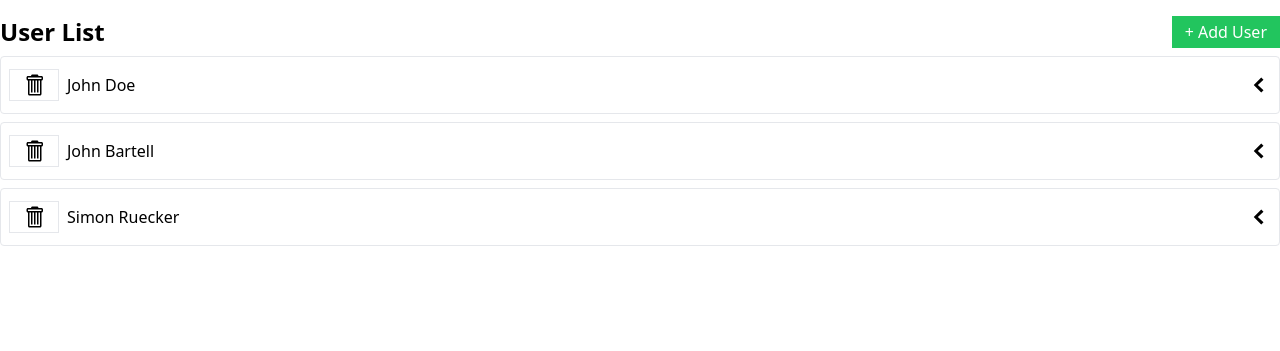
Repository: Marhamat92/users-app-redux-thunk-and-query
Page: /
These files come from the project's save history. The page is drawn as it stood at one moment and after the next save; the edit follows.
The browser window is 1280 px wide. The pictures show the whole page.
The project was rebuilt for these pictures with package versions that can differ from the ones it lists, and the page was loaded fresh each time. Requests to the local data server were answered from the project's data file. Also part of the build but not shown: src/components/AlbumsList.js.

Above is the page before, as saved 2023-02-02 14:13:25.

### src/index.js
import React from 'react';
import ReactDOM from 'react-dom/client';
import './index.css';
import App from './App';
import { Provider } from 'react-redux';
import { store } from './store';

const root = ReactDOM.createRoot(document.getElementById('root'));
root.render(
  <Provider store={store}>
    <App />
  </Provider>
);

### src/App.js
import UsersList from "./components/UsersList";


function App() {
  return (
    <div className="container mx-auto">
      <UsersList />
    </div>
  );
}

export default App;

### src/store/index.js
import { configureStore } from '@reduxjs/toolkit';
import { usersReducer } from './slices/usersSlice';
import {albumsApi} from './apis/albumsApi'; //we import the api that we created in the albumsApi.js
import {setupListeners} from '@reduxjs/toolkit/query'; //this is the function that we use //!to listen to the api

export const store = configureStore({
  reducer: {
    users: usersReducer,
    [albumsApi.reducerPath]:albumsApi.reducer //we add the reducer of the api to the store. there is another way: //!albums:albumsApi.reducer
  },
  middleware: (getDefaultMiddleware) => getDefaultMiddleware().concat(albumsApi.middleware) //we add the middleware of the api to the store
  //Middleware helps you with logging, error reporting, making asynchronous requests, and a whole lot more.
 });

setupListeners(store.dispatch); //we use this function to //!listen to the api

export * from './thunks/fetchUsers'; //  We are importing this here and exporting it from here so we can use it in App.js
export * from './thunks/addUser'; //  We are importing this here and exporting it from here so we can use it in App.js
export * from './thunks/removeUser'; //  We are importing this here and exporting it from here so we can use it in App.js
export {useFetchAlbumsQuery} from './apis/albumsApi'; //we export the hook of the api to use it in the component

### src/components/UsersList.js
import React, { useEffect, useState } from 'react'
import { fetchUsers, addUser } from '../store'
import { useDispatch, useSelector } from 'react-redux'
import Skeleton from './Skeleton'
import Button from './Button'
import { useThunk } from '../hooks/use-thunk'
import UsersListItem from './UsersListItem'



function UsersList() {
  const dispatch = useDispatch()
  const { data } = useSelector((state) => {
    return state.users;
  });
  // const [isLoadingUsers, setIsLoadingUsers] = useState(false)  //!we removed these two lines because we are using hook useThunk
  // const [loadingUsersError, setLoadingUsersError] = useState(null)
  const [doFetchUsers, isLoadingUsers, loadingUsersError] = useThunk(fetchUsers) //!we are using useThunk hook to get the data from the server
  //! we deleted isLoading and error from destructring because we will use useState instead of isLoading and error which are isLoadingUsers and loadingUsersError
  // const [isAddingUser, setIsAddingUser] = useState(false)
  // const [addingUserError, setAddingUserError] = useState(null)
  const [doAddUser, isAddingUser, addingUserError] = useThunk(addUser) //!we are using useThunk hook to add the data to the server


  useEffect(() => {

    doFetchUsers(); //!we are using doFetchUsers instead of dispatch(fetchUsers()) because we are using useThunk hook
    //when we console log dispatch we see unwrap, so we ca use t to create a promise and then we can use then and catch to show the loading or error accordingly
  }, [doFetchUsers])

  const handleAddUser = () => {
    doAddUser()
  }

  let content;
  if (isLoadingUsers) {
    content = <Skeleton className="h-10 w-full" times={10} />
  } else if (loadingUsersError) {
    content = <div>Error while fetching data..</div>
  } else {
    content = data.map((user) => {
      return (
        <UsersListItem key={user.id} user={user} />
      )
    })
  }


  return (

    <div>
      <div className='flex flex-row justify-between items-center mt-4' >
        <h1 className='text-2xl font-bold' >User List</h1>
        <Button loading={isAddingUser} onClick={handleAddUser} success>
          + Add User
        </Button>
        {addingUserError && <div>Error while adding user</div>}
      </div>
      {content}
    </div>
  )
}

export default UsersList

### src/store/slices/usersSlice.js
import { createSlice } from '@reduxjs/toolkit';
import { fetchUsers } from '../thunks/fetchUsers';
import { addUser } from '../thunks/addUser';
import { removeUser } from '../thunks/removeUser';

const usersSlice = createSlice({
  name: "users",
  initialState: {
    data: [],
    // isLoading: false,
    // error: null,

  },
  reducers: {},// we don't need reducers here because we are not creating a slice, we are creating a slice for fetching users in src/store/thunks/fetchUsers.//js
  extraReducers(builder) {
    builder.addCase(fetchUsers.pending, (state, action) => { state.isLoading = true });
    builder.addCase(fetchUsers.fulfilled, (state, action) => { state.isLoading = false; state.data = action.payload; });
    builder.addCase(fetchUsers.rejected, (state, action) => { state.isLoading = false; state.error = action.payload; });
    builder.addCase(addUser.pending, (state, action) => { state.isLoading = true; })
    builder.addCase(addUser.fulfilled, (state, action) => { state.isLoading = false; state.data.push(action.payload) });
    builder.addCase(addUser.rejected, (state, action) => { state.isLoading = false; state.error = action.error });
    builder.addCase(removeUser.pending, (state, action) => { state.isLoading = true })
    builder.addCase(removeUser.fulfilled, (state, action) => { state.isLoading = false; state.data = state.data.filter(user => user.id !== action.payload.id) })
    builder.addCase(removeUser.rejected, (state, action) => { state.isLoading = false; state.error = action.error })
  }

});


//pending means that we are waiting for the response from the server
//fulfilled means that we got the response from the server
//rejected means that we got an error from the server

export const usersReducer = usersSlice.reducer;

### src/store/apis/albumsApi.js
 import { createApi,fetchBaseQuery} from '@reduxjs/toolkit/query/react'

 const albumsApi = createApi({
    reducerPath: 'albums',  //this is the name of the reducer that we will use in the store
    baseQuery: fetchBaseQuery({   //normally we cant use axios because of redux query has fetch function and its configuration is with fetchBaseQuery
      baseUrl: "http://localhost:3004"
    }),
    endpoints(builder){
      return {
        fetchAlbums:builder.query({
          query:(user)=>{
            return {
              url:'/albums',  //this is the url of the api that we add to base url
              params:{      //this is the query parameter that we add to the url ex: http://localhost:3004/albums?userId=1
                userId:user.id //we can add more than one parameter
              },
              method:'GET' //this is the method of the api
              //we don't add body because we don't need to send data to the api
            }
          }
        })
      }

    }

 });

 export const {useFetchAlbumsQuery} = albumsApi; //this is the hook that we use in the component and we take this name from the name of the endpoint,it can be any name we want , for example we name it getAlbums and below we will use useGetAlbumsQuery
 export {albumsApi} //we export the api to use it in the store

### src/store/thunks/fetchUsers.js
import { createAsyncThunk } from "@reduxjs/toolkit";  // we use createAsyncThunk instead of createSlice here because we are not creating a slice, we are creating a thunk for fetching users
import axios from "axios";

const fetchUsers = createAsyncThunk('users/fetch', async () => {
  const response = await axios.get('http://localhost:3004/users')

  //!lets add short pause for development test to see if loading works or not (we will remove it later)
  await pause(1000) //! we are using await here because we want to wait for the pause to finish before we return the response.data
  return response.data;
})


//!lets add short pause for development test to see if loading works or not (we will remove it later)
const pause = (duration) => {
  return new Promise((resolve) => {
    setTimeout(
      resolve, duration)
  })
}


// when we create async thunk, fetchUsers.pending, fetchUsers.fulfilled, fetchUsers.rejected are automatically created and we can use them inside extraReducers in src/store/slices/usersSlice.js
//so fetchUsers.pending === 'users/fetch/pending', fetchUsers.fulfilled === 'users/fetch/fulfilled', fetchUsers.rejected === 'users/fetch/rejected'

//pending means that we are waiting for the response from the server
//fulfilled means that we got the response from the server
//rejected means that we got an error from the server

export { fetchUsers };

### src/store/thunks/addUser.js
import { createAsyncThunk } from '@reduxjs/toolkit';
import axios from 'axios';
import { faker } from '@faker-js/faker';

const addUser = createAsyncThunk('users/add', async () => {
  const response = await axios.post('http://localhost:3004/users', {
    name: faker.name.fullName(),
  });

  return response.data;
});

export { addUser };

### src/store/thunks/removeUser.js
import { createAsyncThunk } from '@reduxjs/toolkit';
import axios from 'axios';

const removeUser = createAsyncThunk(
  'users/remove', async (user) => {
    axios.delete(`http://localhost:3004/users/${user.id}`);
    return user;
  });

export { removeUser }

### src/components/Skeleton.js
import React from 'react'
import classNames from 'classnames'

function Skeleton({ times, className }) {

  const outerClassNames = classNames(
    'relative',
    'overflow-hidden',
    'bg-gray-200',
    'rounded',
    'mb-2.5',
    'mt-2.5',
    className
  );
  const innerClassNames = classNames(
    'animate-shimmer',
    'absolute',
    'inset-0',
    '-translate-x-full',
    'bg-gradient-to-r',
    'from-gray-200',
    'via-white',
    'to-gray-200',


  );

  const boxes = Array(times).fill(0).map((_, i) => {
    return (<div key={i} className={outerClassNames}>
      <div className={innerClassNames} />
    </div>)
  });



  return boxes
}

export default Skeleton

### src/components/Button.js
import className from 'classnames';
import { GoSync } from 'react-icons/go'

function Button({
  children,
  primary,
  secondary,
  success,
  warning,
  danger,
  outline,
  rounded,
  loading,
  ...rest
}) {
  const classes = className(
    rest.className,
    'flex items-center px-3 py-1.5 border h-8',
    {
      'opacity-80': loading,
      'border-blue-500 bg-blue-500 text-white': primary,
      'border-gray-900 bg-gray-900 text-white': secondary,
      'border-green-500 bg-green-500 text-white': success,
      'border-yellow-400 bg-yellow-400 text-white': warning,
      'border-red-500 bg-red-500 text-white': danger,
      'rounded-full': rounded,
      'bg-white': outline,
      'text-blue-500': outline && primary,
      'text-gray-900': outline && secondary,
      'text-green-500': outline && success,
      'text-yellow-400': outline && warning,
      'text-red-500': outline && danger,
    }
  );

  return (
    <button disabled={loading} {...rest} className={classes}>
      {loading ? <GoSync className="animate-spin" /> : children}
    </button>
  );
}

Button.propTypes = {
  checkVariationValue: ({ primary, secondary, success, warning, danger }) => {
    const count =
      Number(!!primary) +
      Number(!!secondary) +
      Number(!!warning) +
      Number(!!success) +
      Number(!!danger);

    if (count > 1) {
      return new Error(
        'Only one of primary, secondary, success, warning, danger can be true'
      );
    }
  },
};

export default Button;

### src/hooks/use-thunk.js
import { useState, useCallback } from 'react'
import { useDispatch } from 'react-redux'

export function useThunk(thunk) {
  const [isLoading, setIsLoading] = useState(false);
  const [error, setError] = useState(null);
  const dispatch = useDispatch();

  const runThunk = useCallback(
    (arg) => {
      setIsLoading(true);
      dispatch(thunk(arg))
        .unwrap()
        .catch((err) => setError(err))
        .finally(() => setIsLoading(false));
    },
    [dispatch, thunk]
  );

  return [runThunk, isLoading, error];
}

### src/components/UsersListItem.js
import React from 'react'
import { GoTrashcan } from 'react-icons/go';
import { removeUser } from '../store';
import Button from './Button';
import { useThunk } from '../hooks/use-thunk';
import ExpandablePanel from './ExpandablePanel';
import AlbumsList from './AlbumsList';


function UsersListItem({ user }) {
  const [doRemoveUser, isLoading, error] = useThunk(removeUser)

  const handleRemoveUser = () => {
    doRemoveUser(user)
  }

  const header = <>
    <Button onClick={handleRemoveUser} loading={isLoading} >
      <GoTrashcan className='text-2xl hover:text-red-500 cursor-pointer ' />
    </Button>
    <div className='flex p-2 justify-between items-center cursor-pointer' >{user.name}</div>
  </>

  return (<ExpandablePanel header={header} >
    <AlbumsList user={user} />
  </ExpandablePanel>
  )
}

export default UsersListItem

### src/components/ExpandablePanel.js
import React, { useState } from 'react'
import { GoChevronDown, GoChevronLeft } from 'react-icons/go'

function ExpandablePanel({ header, children }) {
  const [expanded, setExpanded] = useState(false)


  const toggleExpanded = () => {
    setExpanded(!expanded)
  }



  return (
    <div className="mb-2 border rounded mt-2">
      <div className="flex p-2 justify-between items-center ">
        <div className="flex flex-row items-center justify-between">
          {header}
        </div>
        <div className='cursor-pointer' onClick={toggleExpanded} >
          {expanded ? <GoChevronDown className='text-2xl' /> : <GoChevronLeft className='text-2xl' />}
        </div>
      </div>
      {
        expanded && <div className='p-2 border-t' >
          {children}
        </div>
      }

    </div>
  )
}

export default ExpandablePanel

### tailwind.config.js
/** @type {import('tailwindcss').Config} */
module.exports = {
  content: [
    "./src/**/*.{js,jsx,ts,tsx}",
  ],
  theme: {
    extend: {
      keyframes: {
        shimmer: {
          '100%': { transform: 'translateX(100%)' },
        },
      },
      animation: {
        shimmer: 'shimmer 1.5s infinite',
      },
      colors: {},
      fontFamily: {},
      fontSize: {},
      fontWeight: {},
      height: {},
      inset: {},
      letterSpacing: {},
      lineHeight: {},
      margin: {},
      maxHeight: {},
      maxWidth: {},
      minHeight: {},
      minWidth: {},
      opacity: {},
      padding: {},
      screens: {
        xs: "320px",
        sm: "640px",
        md: "768px",
        lg: "1024px",
        xl: "1280px",
        "2xl": "1536px",

      },
      spacing: {},
      stroke: {},
      strokeWidth: {},
      textColor: {},
      width: {},
      zIndex: {},
    },
  },
  plugins: [],
}

### db.json
{
  "users": [
    {
      "id": 1,
      "name": "John Doe"
    },
    {
      "name": "John Bartell",
      "id": 2
    },
    {
      "name": "Simon Ruecker",
      "id": 3
    }
  ],
  "albums": [],
  "photos": []
}

Loaded but not shown: public/index.html (common file); src/index.css (common file)

After the next save:
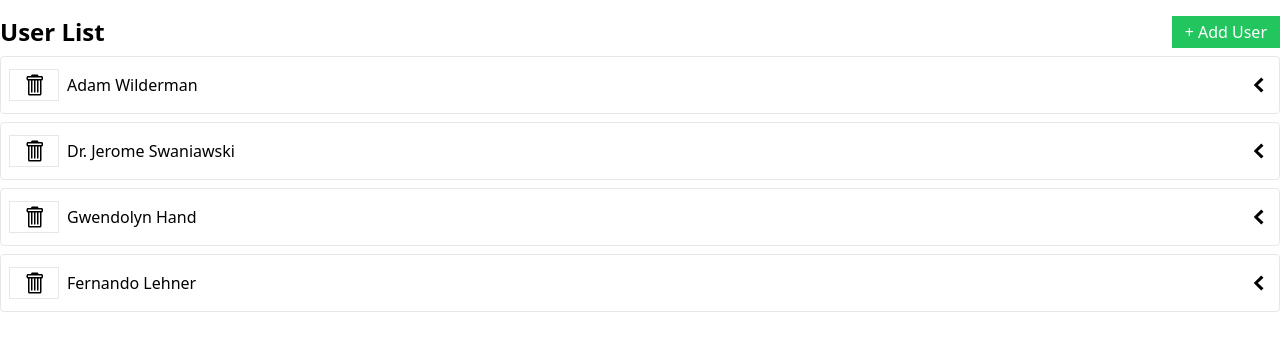
Saved 6 min 59 s later.
--- a/db.json
+++ b/db.json
@@ -1,18 +1,28 @@
 {
   "users": [
     {
-      "id": 1,
-      "name": "John Doe"
+      "name": "Adam Wilderman",
+      "id": 3
     },
     {
-      "name": "John Bartell",
-      "id": 2
+      "name": "Dr. Jerome Swaniawski",
+      "id": 6
     },
     {
-      "name": "Simon Ruecker",
-      "id": 3
+      "name": "Gwendolyn Hand",
+      "id": 10
+    },
+    {
+      "name": "Fernando Lehner",
+      "id": 12
     }
   ],
-  "albums": [],
+  "albums": [
+    {
+      "id":10,
+      "title":"voluptatem et itaque vero tempora molestiae",
+      "userId":3
+    }
+  ],
   "photos": []
 }
